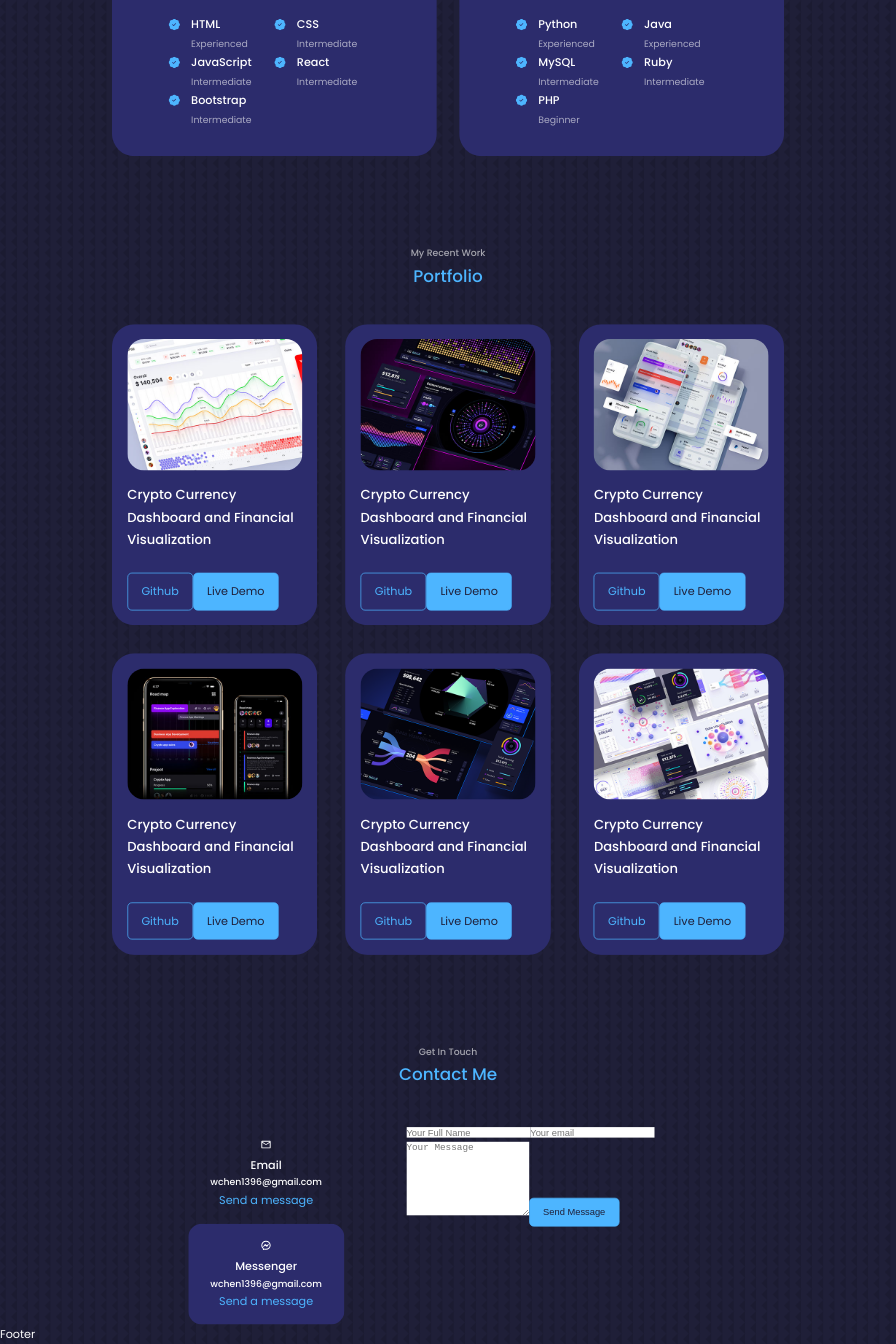
Repository: smallchungus/resumeWebsite
Page: / (app in hello/)
The author's editor kept a copy of each file at every save. The page is drawn from the files as they stood at one save, then again after a run of saves.
The browser window is 1280 px wide. The pictures show the part of the page from y = 1983 to 3903 px (the page is 3903 px tall), at 70% of full size.
The pointer rests on the first visible `.contact_option`.
The project was rebuilt for these pictures with package versions that can differ from the ones it lists, and the page was loaded fresh each time. Also part of the build but not shown: hello/src/components/services/Services.jsx, hello/src/components/testimonial/Testimonial.jsx, hello/src/components/footer/footer.css. Imported but missing from the stored project, and not drawn on this page: hello/src/assets/cv.pdf.

Above is the page before, as saved 2023-03-24 13:22:58.

### hello/public/index.html
<!DOCTYPE html>
<html lang="en">

<head>
    <meta charset="UTF-8">
    <meta http-equiv="X-UA-Compatible" content="IE=edge">
    <meta name="viewport" content="width-device-width, initial-scale=1.0">
    <title>Resume Portfolio Website</title>
</head>
<body>
    <div id="root"></div>
</body>
</html>

### hello/src/App.jsx
import React from 'react'
import Header from './components/header/Header'
import Nav from './components/nav/Nav'
import About from './components/about/About'
import Experience from './components/experience/Experience'
import Services from './components/services/Services'
import Portfolio from './components/portfolio/Portfolio'
import Testimonial from './components/testimonial/Testimonial'
import Contact from './components/contact/Contact'
import Footer from './components/footer/Footer'

const App = () => {
  return (
    <>
    <Header />
    <Nav />
    <About />
    <Experience />
   {/* <Services /> */}
    <Portfolio />
  {/*<Testimonial/> */}
    <Contact />
    <Footer />
    </>
  )
}

export default App

### hello/src/index.css
@import url('https://fonts.googleapis.com/css2?family=Poppins:wght@300;400;500;600&display=swap');

*{
    margin: 0;
    padding: 0;
    border :0;
    outline: 0;
    box-sizing: border-box;
    list-style: none;
    text-decoration: none;

}

:root {
    --color-bg: #1f1f38;
    --color-bg-variant: #2c2c6c;
    --color-primary: #4db5ff;
    --color-primary-variant: rgba(77, 181, 255, 0.4);
    --color-white: #fff;
    --color-light: rgba(255,255,255,0.6);

    --transition: all 400ms ease;

    --container-width-lg: 75%;
    --container-width-md: 86%;
    --container-width-sm: 90%;

}

html{
    scroll-behavior: smooth;
}

body{
    font-family: 'Poppins', sans-serif;
    background: var(--color-bg);
    color: var(--color-white);
    line-height: 1.7;
    background-image: url(../src/assets/bg-texture.png)
}

/* ======================= General Styles =================*/

.container{
    width: var(--container-width-lg);
    margin: 0 auto;
}

h1,h2,h3,h4,h5{
    font-weight: 500;
}

h1{
    font-size:2.5rem;

}

section {
    margin-top: 8rem;

}

section > h2, section > h5 {
    text-align: center;
    color: var(--color-light);
}

section > h2 {
    color: var(--color-primary);
    margin-bottom: 3rem;
}

.text-light{
    color:var(--color-light);
}

a{
    color: var(--color-primary);
    transition: var(--transition);
}

a:hover{
    color: var(--color-white);
}

.btn{
    width: max-content;
    display: inline-block;
    color: var(--color-primary);
    padding: 0.75rem 1.2rem;
    border-radius: 0.4rem;
    cursor: pointer;
    border: 1px solid var(--color-primary);
    transition: var( --transition );
}

.btn:hover{
    background: var(--color-white);
    color: var(--color-bg);
    border-color: transparent;
}

.btn-primary{
    background: var(--color-primary);
    color: var(--color-bg);
}

img{
    display: block;
    width: 100%;
    object-fit: cover;
}


/*==================Media Queries (Medium Devices ) ============= */
@media screen and (max-width: 1024px) {
    .container{
        width: var(--container-width-md);
    }

    section{
        margin-top: 6rem;
    }
}

/*==================Media Queries (Small Devices ) ============= */
@media screen and (max-width: 600px) {
    .container{
        width: var(--container-width-sm);
    }

    section > h2{
        margin-top: 2rem;
    }
}

### hello/src/components/header/Header.jsx
import React from 'react'
import './header.css'
import CTA from './CTA'
import ME from '../../assets/me.png'
import HeaderSocials from './HeaderSocials'
const Header = () => {
  return (
    <header>
      <div className="container header_container">
        <h5>Hello I'm</h5>
        <h1>William Chen</h1>
        <h5 className='text-light'>Fullstack Developer</h5>
        <CTA />
        <HeaderSocials/>

        <div className="me">
          <img src={ME} alt="me" />
        </div>

        <a href='#contact' className='scroll_down'>Scroll down</a>
      </div>
    </header>
  )
}

export default Header

### hello/src/components/nav/Nav.jsx
import React from 'react'
import './nav.css'
import {AiOutlineHome} from 'react-icons/ai'
import {AiOutlineUser}  from 'react-icons/ai'
import {BiBook} from 'react-icons/bi'
import {RiServiceLine} from 'react-icons/ri'
import {BiMessageSquareDetail} from 'react-icons/bi'
import {useState} from 'react'

const Nav = () => {
  const[activeNav, setActiveNav] = useState('#');
  return (
    <nav>
      <a href="#" onClick={() => setActiveNav('#')} className={activeNav === '#' ? 'active' : ''}><AiOutlineHome/></a>
      <a href="#about" onClick={() => setActiveNav('#about')} className={activeNav === '#about' ? 'active' : ''}><AiOutlineUser/></a>
      <a href="#experience" onClick={() => setActiveNav('#experience')} className={activeNav === '#experience' ? 'active' : ''}><BiBook/></a>
      <a href="#services" onClick={() => setActiveNav('#services')} className={activeNav === '#services' ? 'active' : ''}><RiServiceLine/></a>
      <a href="#contact" onClick={() => setActiveNav('#contact')} className={activeNav === '#contact' ? 'active' : ''}><BiMessageSquareDetail/></a>
    </nav>
  )
}

export default Nav

### hello/src/components/about/About.jsx
import React from 'react'
import './about.css'
import ME from '../../assets/me-about.jpg'
import {FiAward} from 'react-icons/fi'
import {FiUsers} from 'react-icons/fi'
import {VscFolderLibrary} from 'react-icons/vsc'

const About = () => {
  return (
    <section id='about'>
      <h5>Get To Know </h5>
      <h2>About Me</h2>

      <div className="container about_container">
        <div className="about_me" >
          <div className="about_me-image">
          <img src={ME} alt="About Image" />
          </div>
        </div>

        <div className="about_content">
          <div className="about_cards">
            <article className="about_card">
              <FiAward className='about_icon'/>
              <h5>Experience</h5>
              <small>1 Year Working</small>
            </article>
            <article className="about_card">
              <FiUsers className='about_icon'/>
              <h5>Clients</h5>
              <small>200+ clients worldwide</small>
            </article>
            <article className="about_card">
              <VscFolderLibrary className='about_icon'/>
              <h5>Projects</h5>
              <small>80+ completed</small>
            </article>
          </div>
          <p>
          Lorem ipsum dolor sit amet, consectetur adipiscing elit. Etiam lacinia nisl sit amet placerat gravida. Phasellus nibh neque, placerat in faucibus
          id, eleifend id dui. Nunc ultrices condimentum elit eu faucibus. Curabitur sed libero magna. Pellentesque magna dui, egestas sed turpis
          sit amet, pretium dictum orci. Suspendisse vestibulum lacinia elit quis tempus. Integer at enim velit. Aenean scelerisque mollis nulla eu finibus. Aenean eu purus lacinia, ultricies dolor ac, finibus elit.
          Cras quis molestie ante. In tristique arcu libero, et egestas lorem eleifend ut. Maecenas eget sem scelerisque, aliquam nisl quis, consectetur urna. Sed at eros ac arcu iaculis blandit eget nec dui. Nullam porta,
          ipsum vitae pharetra vestibulum, nunc mi lacinia eros, pellentesque varius tortor nulla ut dui. Sed blandit leo pretium egestas vulputate. Pellentesque porta bibendum ante et consectetur.
          </p>
          <a href="#contact" className='btn btn-primary'>Let's Talk</a>

        </div>
      </div>
    </section>
  )
}

export default About

### hello/src/components/experience/Experience.jsx
import React from 'react'
import './experience.css'
import {BsPatchCheck, BsPatchCheckFill} from 'react-icons/bs'

const Experience = () => {
  return (
    <section id='experience'>
      <h5>What Skills I have</h5>
      <h2>What Experience</h2>

      <div className="container experience_container">
        <div className="experience_frontend">
          <h3>Frontend Development</h3>
          <div className="experience_content">
            <article className='experience_details'>
              <BsPatchCheckFill className='experience_details_icon'/>
              <div>
                <h4>HTML</h4>
                <small className='text-light'> Experienced </small>
              </div>
            </article>
            <article className='experience_details'>
              <BsPatchCheckFill className='experience_details_icon'/>
              <div>
                <h4>CSS</h4>
                <small className='text-light'> Intermediate </small>
              </div>
            </article>
            <article className='experience_details'>
              <BsPatchCheckFill className='experience_details_icon'/>
              <div>
                <h4>JavaScript</h4>
                <small className='text-light'> Intermediate </small>
              </div>
            </article>
            <article className='experience_details'>
              <BsPatchCheckFill className='experience_details_icon'/>
              <div>
                <h4>React</h4>
                <small className='text-light'> Intermediate </small>
              </div>
            </article>
            <article className='experience_details'>
              <BsPatchCheckFill className='experience_details_icon'/>
              <div>
                <h4>Bootstrap</h4>
                <small className='text-light'> Intermediate </small>
              </div>
            </article>
          </div>
          </div>


          <div className="experience_backend">
          <h3>Backend Development</h3>
          <div className="experience_content">
            <article className='experience_details'>
              <BsPatchCheckFill className='experience_details_icon'/>
              <div>
                <h4>Python</h4>
                <small className='text-light'> Experienced </small>
              </div>
            </article>
            <article className='experience_details'>
              <BsPatchCheckFill className='experience_details_icon'/>
              <div>
                <h4>Java</h4>
                <small className='text-light'> Experienced </small>
              </div>
            </article>
            <article className='experience_details'>
              <BsPatchCheckFill className='experience_details_icon'/>
              <div>
                <h4>MySQL</h4>
                <small className='text-light'> Intermediate </small>
              </div>
            </article>
            <article className='experience_details'>
              <BsPatchCheckFill className='experience_details_icon'/>
              <div>
                <h4>Ruby</h4>
                <small className='text-light'> Intermediate </small>
              </div>
            </article>
            <article className='experience_details'>
              <BsPatchCheckFill className='experience_details_icon'/>
              <div>
                <h4>PHP</h4>
                <small className='text-light'> Beginner </small>
              </div>
            </article>
            </div>
          </div>
      </div>
    </section>
  )
}

export default Experience

### hello/src/components/portfolio/Portfolio.jsx
import React from 'react'
import './portfolio.css'
import IMG1 from '../../assets/portfolio1.jpg'
import IMG2 from '../../assets/portfolio2.jpg'
import IMG3 from '../../assets/portfolio3.jpg'
import IMG4 from '../../assets/portfolio4.jpg'
import IMG5 from '../../assets/portfolio5.png'
import IMG6 from '../../assets/portfolio6.jpg'

const data =[
  {
    id: 1,
    image: IMG1,
    title: 'Crypto Currency Dashboard and Financial Visualization',
    github: 'https://github.com',
    demo: 'https://dribble.com/shots/16673715-Crypto-currency-dashboards-and-financial-data-visualization'
  },
  {
    id: 2,
    image: IMG2,
    title: 'Crypto Currency Dashboard and Financial Visualization',
    github: 'https://github.com',
    demo: 'https://dribble.com/shots/16673715-Crypto-currency-dashboards-and-financial-data-visualization'
  },
  {
    id: 3,
    image: IMG3,
    title: 'Crypto Currency Dashboard and Financial Visualization',
    github: 'https://github.com',
    demo: 'https://dribble.com/shots/16673715-Crypto-currency-dashboards-and-financial-data-visualization'
  },
  {
    id: 4,
    image: IMG4,
    title: 'Crypto Currency Dashboard and Financial Visualization',
    github: 'https://github.com',
    demo: 'https://dribble.com/shots/16673715-Crypto-currency-dashboards-and-financial-data-visualization'
  },
  {
    id: 5,
    image: IMG5,
    title: 'Crypto Currency Dashboard and Financial Visualization',
    github: 'https://github.com',
    demo: 'https://dribble.com/shots/16673715-Crypto-currency-dashboards-and-financial-data-visualization'
  },
  {
    id: 6,
    image: IMG6,
    title: 'Crypto Currency Dashboard and Financial Visualization',
    github: 'https://github.com',
    demo: 'https://dribble.com/shots/16673715-Crypto-currency-dashboards-and-financial-data-visualization'
  },
]
const Portfolio = () => {
  return (
    < section id='portfolio'>
    <h5>My Recent Work</h5>
    <h2>Portfolio</h2>

    <div className="container portfolio_container">
    {
      data.map(({id, image, title, github, demo}) => {
        return(
      <article key={id} className='portfolio_item'>
        <div className='portfolio_item-image'>
          <img src={image} alt={title}/>
        </div>
        <h3>{title}</h3>
        <div className="portoflio_item-cta">
          <a href={github} className='btn' target='blank'>Github</a>
          <a href={demo} className='btn btn-primary' target='_blank'>Live Demo</a>
        </div>
      </article>
        )
      })
    }
    </div>
  </section>
  )
}

export default Portfolio

### hello/src/components/contact/Contact.jsx
import React from 'react'
import './contact.css'
import {MdOutlineEmail} from 'react-icons/md'
import {RiMessengerLine} from 'react-icons/ri'


const Contact = () => {
  return (
    <section id='contact'>
      <h5>Get In Touch</h5>
      <h2>Contact Me</h2>

      <div className="container contact_container">
        <div className="contact_options">
          <article className="contact_option">
            <MdOutlineEmail/>
            <h4>Email</h4>
            <h5>wchen1396@gmail.com</h5>
            <a href="mailto:wchen1396@gmail.com">Send a message</a>
          </article>
          <article className="contact_option">
            <RiMessengerLine/>
            <h4>Messenger</h4>
            <h5>wchen1396@gmail.com</h5>
            <a href="https://www.facebook.com/smalltaiwaneseboyo/">Send a message</a>
          </article>
        </div>
        {/*END OF CONTACT OPTIONS */}
        <form action="">
          <input type="text" name='name' placeholder='Your Full Name' required/>
          <input type='email' name='email' placeholder='Your email' required/>
          <textarea name="message" rows="7" placeholder='Your Message' required></textarea>
          <button type='submit' className='btn btn-primary'>Send Message</button>
        </form>
      </div>
    </section>
  )
}

export default Contact

### hello/src/components/header/header.css
header {
    height: 100vh;
    padding-top: 7rem;
    overflow: hidden;
}

.header_container{
    text-align: center;
    height: 100%;
    position: relative;
}

/*========================= CTA ======================= */
.cta {
    margin-top: 2.5rem;
    display: flex;
    gap: 1.2rem;
    justify-content: center;

}

/* ======================= Header Socials ==================== */
.header_socials {
    display: flex;
    flex-direction: column;
    align-items: center;
    gap: 0.8rem;
    position: absolute;
    left: 0;
    bottom: 3rem;

}

.header_socials::after{
    content: '';
    width: 1px;
    height: 2rem;
    background: var(--color-primary);
}

/* ===================== ME ==================*/

.me{
    background: linear-gradient(var(--color-primary), transparent);
    width: 22rem;
    height: 30rem;
    position: absolute;
    left: calc(50% - 11rem);
    margin-top: 4rem;
    border-radius: 12rem 12rem 0 0;
    overflow: hidden;
    padding: 5rem 1.5rem 1.5rem 1.5rem;

}

.scroll_down {
    position: absolute;
    right: -2.3rem;
    bottom: 5rem;
    transform: rotate(90deg);
    font-weight: 300;
    font-size: 0.9rem;
}

@media screen and (max-width: 600px) {
    header {
        height: 100vh;
    }
}

@media screen and (max-width: 600px)
{
    header {
        height: 100vh;
    }

    .header_socials, .scroll_down{
        display: none;
    }
}

### hello/src/components/header/CTA.jsx
import React from 'react'
import CV from '../../assets/cv.pdf'
const CTA = () => {
  return (
    <div className ='cta'>
        <a href={CV} download className='btn'>Download CV</a>
        <a href="#contact" className='btn btn-primary'>Let's Talk</a>
    </div>
  )
}

export default CTA

### hello/src/components/header/HeaderSocials.jsx
import React from 'react'
import {BsLinkedin} from 'react-icons/bs'
import {BsGithub} from 'react-icons/bs'
import {AiFillDribbbleSquare} from 'react-icons/ai'
const HeaderSocials = () => {
  return (
    <div className='header_socials'>
        <a href="https://linkedin.com/willchenn" target="_blank"><BsLinkedin></BsLinkedin></a>
        <a href="https://github.com/smallchungus" target="_blank"><BsGithub></BsGithub></a>
        <a href="https://dribble.com/" target="_blank"><AiFillDribbbleSquare></AiFillDribbbleSquare></a>
        </div>
  )
}

export default HeaderSocials

### hello/src/components/nav/nav.css
nav {
    background: rgba(0, 0, 0, 0.3);
    width: max-content;
    display: block;
    padding: 0.7rem 1.7rem;
    z-index: 2;
    position: fixed;
    left: 50%;
    transform: translateX(-50%);
    bottom: 2rem;
    display: flex;
    gap: 0.8rem;
    border-radius: 3rem;
    backdrop-filter: blur(15px);
}

nav a{
    background: transparent;
    padding: 0.9rem;
    border-radius: 50%;
    display: flex;
    color: var(--color-light);
    font-size: 1.1rem;
}

nav a:hover{
    background: rgba(0,0,0,0.3);
}

nav a.active {
    background: var(--color-bg);
    color: var(--color-white);
}

### hello/src/components/about/about.css
.about_container {
    display: grid;
    grid-template-columns: 35% 50%;
    gap: 15%;
}

.about_me {
    width: 100%;
    aspect-ratio: 1/1;
    border-radius: 2rem;
    background: linear-gradient(
        45deg,
        transparent,
        var(--color-primary),
        transparent
    );
    display: grid;
    place-items: center;
}

.about_me-image{
    border-radius: 2rem;
    overflow: hidden;
    transform: rotate(10deg);
    transition: var(--transition);

}

.about_me-image:hover{
    transform: rotate(0);
}

.about_cards{
    display: grid;
    grid-template-columns: repeat(3, 1fr);
    gap: 1.5rem;
}

.about_card {
    background: var(--color-bg-variant);
    border: 1px solid transparent;
    border-radius: 1rem;
    padding: 2rem;
    text-align: center;
    transition: var(--transition);
}

.about_card:hover {
    background: transparent;
    border-color: var(--color-primary-variant);
    cursor: default;
}

.about_icon {
    color: var(--color-primary);
    font-size: 1.4 rem;
    margin-bottom: 1rem;
}

.about_card h5 {
    font-size: 0.95rem;
}

.about_card small {
    font-size: 0.7 rem;
    color: var(--color-light);
}

.about_content p {
    margin: 2rem 0 2.6 rem;
    color: var(--color-light);
}

@media screen and (max-width: 1024px) {
    .about_container {
        grid-template-columns: 1fr;
        gap: 0;
    }

    .about_me {
        width: 50%;
        margin: 2rem auto 4rem;
    }

    .about_content p{
        margin: 1rem 0 1.5rem;
    }
}

@media screen and (max-width: 600px )
{
    .about_me{
        width: 65%;
        margin: 0 auto 3rem;
    }
    .about_cards {
        grid-template-columns: 1fr 1fr;
        gap: 1rem;
    }
    .about_content {
        text-align: center;
    }
    .about_content p {
        margin: 1.5rem 0;
    }
}

### hello/src/components/experience/experience.css
.experience_container{
    display: grid;
    grid-template-columns: 1fr 1fr;
    gap: 2rem;
}

.experience_container > div {
    background: var(--color-bg-variant);
    padding: 2.4rem 5rem;
    border-radius: 2rem;
    border: 1px solid transparent;
    transition: var(--transition);
}

.experience_container > div:hover {
    background: transparent;
    border-color: var(--color-primary-variant);
    cursor: default;
}

.experience_container > div h3 {
    text-align: center;
    margin-bottom: 2rem;
    color: var(--color-primary);
}

.experience_content {
    display: grid;
    grid-template-columns: 1fr 1fr;
}

.experience_details {
    display: flex;
    gap: 1rem;
}

.experience_details_icon {
     margin-top: 6px;
     color: var(--color-primary);
}


@media screen and (max-width:1024px) {
    .experience_container {
        grid-template-columns: 1fr;
    }

    .experience_container > div{
        width: 80%;
        padding: 2rem;
        margin: 0 auto;
    }
    .experience_content{
        padding: 1rem;
    }
}

@media screen and (max-width:600px) {
    .experience_container {
        gap: 1rem;
    }

    .experience_container > div {
        width: 100%;
        padding: 2rem 1rem;
    }
}

### hello/src/components/portfolio/portfolio.css
.portfolio_container{
    display:grid;
    grid-template-columns: repeat(3, 1fr);
    gap: 2.5rem;
}

.portfolio_item{
    background: var(--color-bg-variant);
    padding: 1.3rem;
    border-radius: 2rem;
    border: 1px solid transparent;
    transition: var(--transition);
}

.portfolio_item:hover {
    border-color: var(--color-primary-variant);
    background:transparent;
}

.portfolio_item-image{
    border-radius: 1.5rem;
    overflow: hidden;
}

.portfolio_item h3{
    margin: 1.2rem 0 2rem;
}

.portolio_item-cta{
    display: flex;
    gap: 1rem;
    margin-bottom: 1rem;
}

@media screen and (max-width: 1024px) {
    .portfolio_container{
        grid-template-columns: 1fr 1fr;
        gap: 1.2rem;
    }

}
@media screen and (max-width: 600px) {
    .portfolio_container{
        grid-template-columns: 1fr;
        gap: 1rem;
    }

}

### hello/src/components/contact/contact.css
.container.contact_container{
    width: 58%;
    display: grid;
    grid-template-columns: 30% 58%;
    gap: 12%;
}

.contact_options {
    display: flex;
    flex-direction: column;
    gap: 1.2 rem;
}

.contact_option {
    background: var(--color-bg-variant);
    padding: 1.2rem;
    border-radius: 1.2rem;
    text-align: center;
    border: 1px solid transparent;
    transition: var(--transition);
}

.contact_option:hover {
    background: transparent;
    border-color:
}

Loaded but not shown: hello/src/index.js (common file); hello/src/components/footer/Footer.jsx (common file); hello/src/components/services/services.css (no stored copy; drawn as an empty file); hello/src/components/testimonial/testimonial.css (no stored copy; drawn as an empty file)

After the next 2 saves:
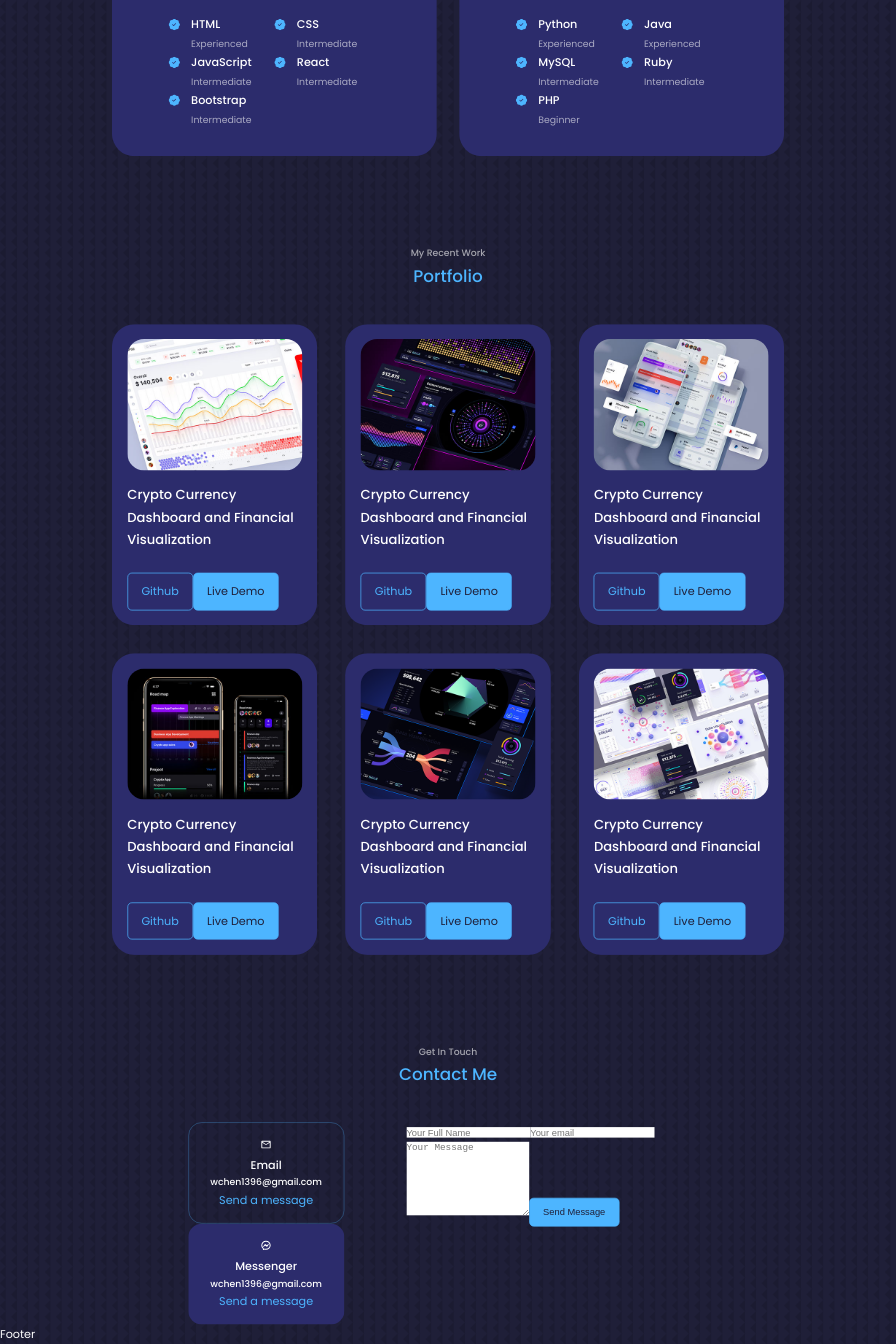
The 2 saves are shown as one change because they came seconds apart.
The last was saved 9 s later.
--- a/hello/src/components/contact/contact.css
+++ b/hello/src/components/contact/contact.css
@@ -22,5 +22,5 @@
 
 .contact_option:hover {
     background: transparent;
-    border-color:
+    border-color: var(--color-primary-variant);
 }
